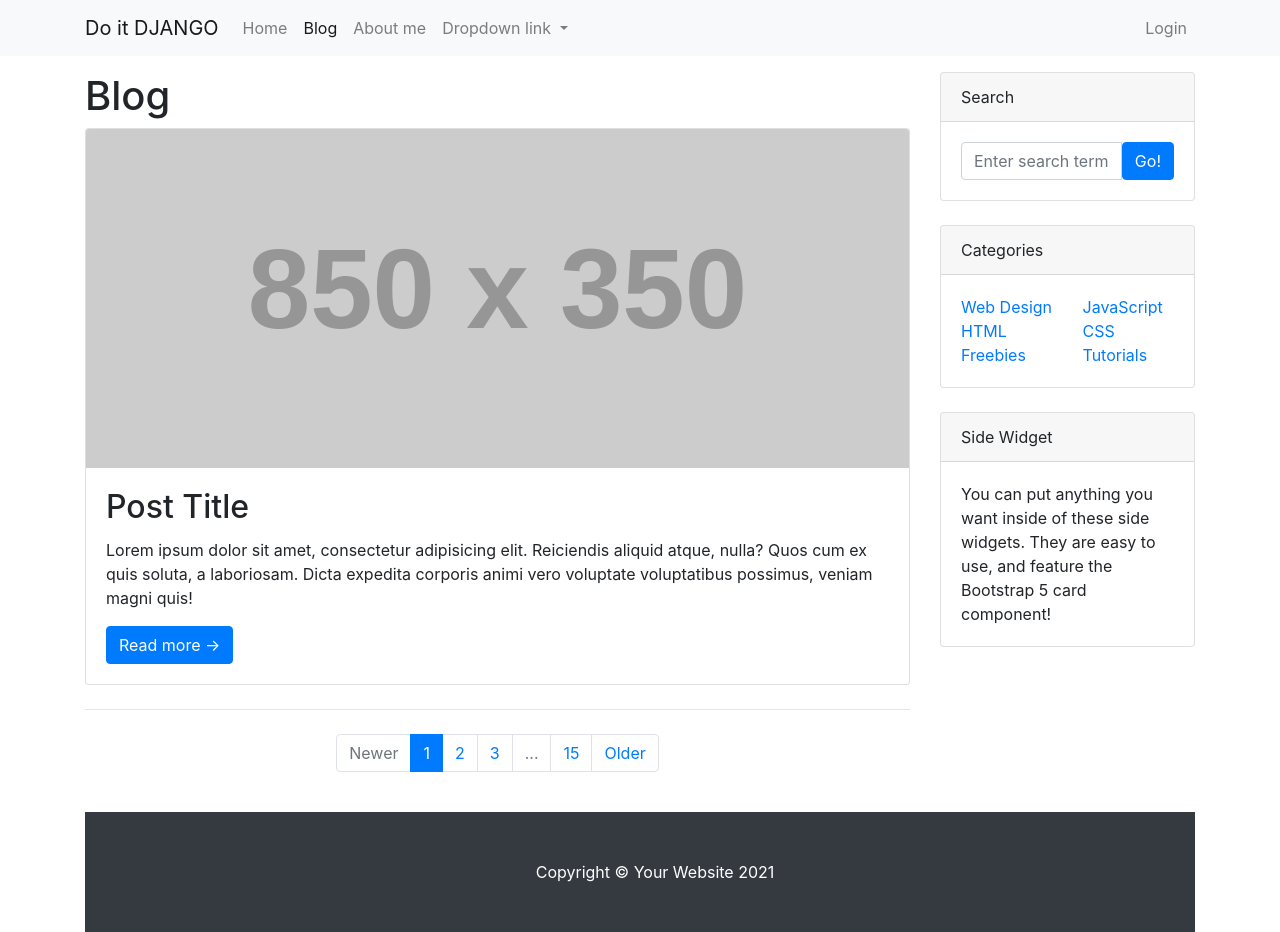
Repository: lwygold/do_it_ft
Page: blog_list.html
The author's editor kept a copy of each file at every save. The page is drawn from the files as they stood at one save, then again after the next save.
The browser window is 1280 px wide. The pictures show the whole page.

Above is the page before, as saved 2021-08-11 21:29:01.

### blog_list.html
<!DOCTYPE html>
<html lang="en">

<head>
    <meta charset="UTF-8">
    <meta http-equiv="X-UA-Compatible" content="IE=edge">
    <meta name="viewport" content="width=device-width, initial-scale=1.0">
    <link rel="stylesheet" href="https://cdn.jsdelivr.net/npm/bootstrap@4.6.0/dist/css/bootstrap.min.css"
        integrity="sha384-B0vP5xmATw1+K9KRQjQERJvTumQW0nPEzvF6L/Z6nronJ3oUOFUFpCjEUQouq2+l" crossorigin="anonymous">
    <link rel="stylesheet" href="./sub.css" type="text/css" />
    <title>About Me</title>
</head>

<body>

    <nav class="navbar navbar-expand-lg navbar-light bg-light">
        <div class="container">

            <a class="navbar-brand" href="#">Do it DJANGO</a>
            <button class="navbar-toggler" type="button" data-toggle="collapse" data-target="#navbarNavDropdown"
                aria-controls="navbarNavDropdown" aria-expanded="false" aria-label="Toggle navigation">
                <span class="navbar-toggler-icon"></span>
            </button>
            <div class="collapse navbar-collapse" id="navbarNavDropdown">
                <ul class="navbar-nav">
                    <li class="nav-item">
                        <a class="nav-link" href="./index.html">Home <span class="sr-only">(current)</span></a>
                    </li>
                    <li class="nav-item active">
                        <a class="nav-link" href="./blog_list.html">Blog</a>
                    </li>
                    <li class="nav-item">
                        <a class="nav-link" href="./about_me.html">About me</a>
                    </li>
                    <li class="nav-item dropdown">
                        <a class="nav-link dropdown-toggle" href="#" id="navbarDropdownMenuLink" role="button"
                            data-toggle="dropdown" aria-haspopup="true" aria-expanded="false">
                            Dropdown link
                        </a>
                        <div class="dropdown-menu" aria-labelledby="navbarDropdownMenuLink">
                            <a class="dropdown-item" href="#">Action</a>
                            <a class="dropdown-item" href="#">Another action</a>
                            <a class="dropdown-item" href="#">Something else here</a>
                        </div>
                    </li>
                </ul>
                <ul class="navbar-nav ml-auto">
                    <li class="nav-item">
                        <a class="nav-link" href="#">Login <span class="sr-only">(current)</span></a>
                    </li>
                </ul>

            </div>
        </div>
    </nav>

    <div class="container">
        <div class="row my-3">
            <div class="col-md-8 col-lg-9">
                <h1>Blog</h1>

                <div class="row">

                    <div class="col">
                        <div class="card mb-4">
                            <a href="#!"><img class="card-img-top"
                                    src="https://dummyimage.com/850x350/dee2e6/6c757d.jpg" alt="..."></a>
                            <div class="card-body">
                                <h2 class="card-title">Post Title</h2>
                                <p class="card-text">Lorem ipsum dolor sit amet, consectetur adipisicing elit.
                                    Reiciendis aliquid atque, nulla? Quos cum ex quis soluta, a laboriosam. Dicta
                                    expedita corporis animi vero voluptate voluptatibus possimus, veniam magni quis!</p>
                                <a class="btn btn-primary" href="#!">Read more →</a>
                            </div>
                        </div>
                    </div>
                </div>
                <nav aria-label="Pagination">
                    <hr class="my-0">
                    <ul class="pagination justify-content-center my-4">
                        <li class="page-item disabled"><a class="page-link" href="#" tabindex="-1"
                                aria-disabled="true">Newer</a></li>
                        <li class="page-item active" aria-current="page"><a class="page-link" href="#!">1</a></li>
                        <li class="page-item"><a class="page-link" href="#!">2</a></li>
                        <li class="page-item"><a class="page-link" href="#!">3</a></li>
                        <li class="page-item disabled"><a class="page-link" href="#!">...</a></li>
                        <li class="page-item"><a class="page-link" href="#!">15</a></li>
                        <li class="page-item"><a class="page-link" href="#!">Older</a></li>
                    </ul>
                </nav>

            </div>
            <div class="col-md-4 col-lg-3">
                <div class="row">
                    <div class="col">
                        <!-- Search widget-->
                        <div class="card mb-4">
                            <div class="card-header">Search</div>
                            <div class="card-body">
                                <div class="input-group">
                                    <input class="form-control" type="text" placeholder="Enter search term..."
                                        aria-label="Enter search term..." aria-describedby="button-search">
                                    <button class="btn btn-primary" id="button-search" type="button">Go!</button>
                                </div>
                            </div>
                        </div>
                        <!-- Categories widget-->
                        <div class="card mb-4">
                            <div class="card-header">Categories</div>
                            <div class="card-body">
                                <div class="row">
                                    <div class="col-sm-6">
                                        <ul class="list-unstyled mb-0">
                                            <li><a href="#!">Web Design</a></li>
                                            <li><a href="#!">HTML</a></li>
                                            <li><a href="#!">Freebies</a></li>
                                        </ul>
                                    </div>
                                    <div class="col-sm-6">
                                        <ul class="list-unstyled mb-0">
                                            <li><a href="#!">JavaScript</a></li>
                                            <li><a href="#!">CSS</a></li>
                                            <li><a href="#!">Tutorials</a></li>
                                        </ul>
                                    </div>
                                </div>
                            </div>
                        </div>
                        <!-- Side widget-->
                        <div class="card mb-4">
                            <div class="card-header">Side Widget</div>
                            <div class="card-body">You can put anything you want inside of these side widgets. They are
                                easy to use, and feature the Bootstrap 5 card component!</div>
                        </div>
                    </div>
                </div>
            </div>
        </div>

        <footer class="py-5 bg-dark">
            <div class="container"><p class="m-0 text-center text-white">Copyright © Your Website 2021</p></div>
        </footer>

    </div>

    <script src="https://code.jquery.com/jquery-3.5.1.slim.min.js"
        integrity="sha384-DfXdz2htPH0lsSSs5nCTpuj/zy4C+OGpamoFVy38MVBnE+IbbVYUew+OrCXaRkfj"
        crossorigin="anonymous"></script>
    <script src="https://cdn.jsdelivr.net/npm/bootstrap@4.6.0/dist/js/bootstrap.bundle.min.js"
        integrity="sha384-Piv4xVNRyMGpqkS2by6br4gNJ7DXjqk09RmUpJ8jgGtD7zP9yug3goQfGII0yAns"
        crossorigin="anonymous"></script>

</body>

</html>

### sub.css
.container {
    width:1920px;
    margin:0 auto;

}

After the next save:
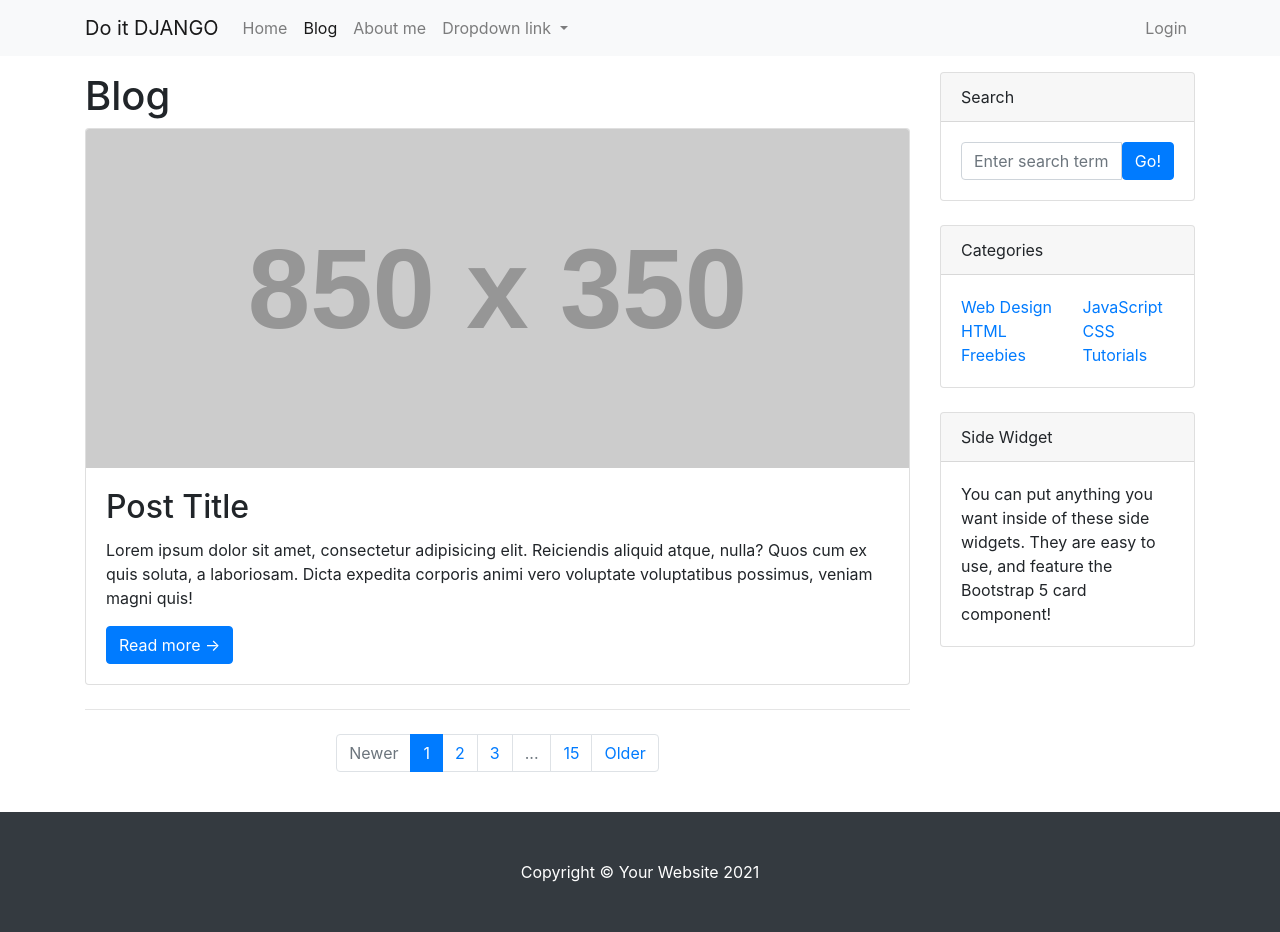
Saved 11 s later.
--- a/blog_list.html
+++ b/blog_list.html
@@ -137,11 +137,11 @@
             </div>
         </div>
 
-        <footer class="py-5 bg-dark">
-            <div class="container"><p class="m-0 text-center text-white">Copyright © Your Website 2021</p></div>
-        </footer>
+    </div>
 
-    </div>
+    <footer class="py-5 bg-dark">
+        <div class="container"><p class="m-0 text-center text-white">Copyright © Your Website 2021</p></div>
+    </footer>
 
     <script src="https://code.jquery.com/jquery-3.5.1.slim.min.js"
         integrity="sha384-DfXdz2htPH0lsSSs5nCTpuj/zy4C+OGpamoFVy38MVBnE+IbbVYUew+OrCXaRkfj"
